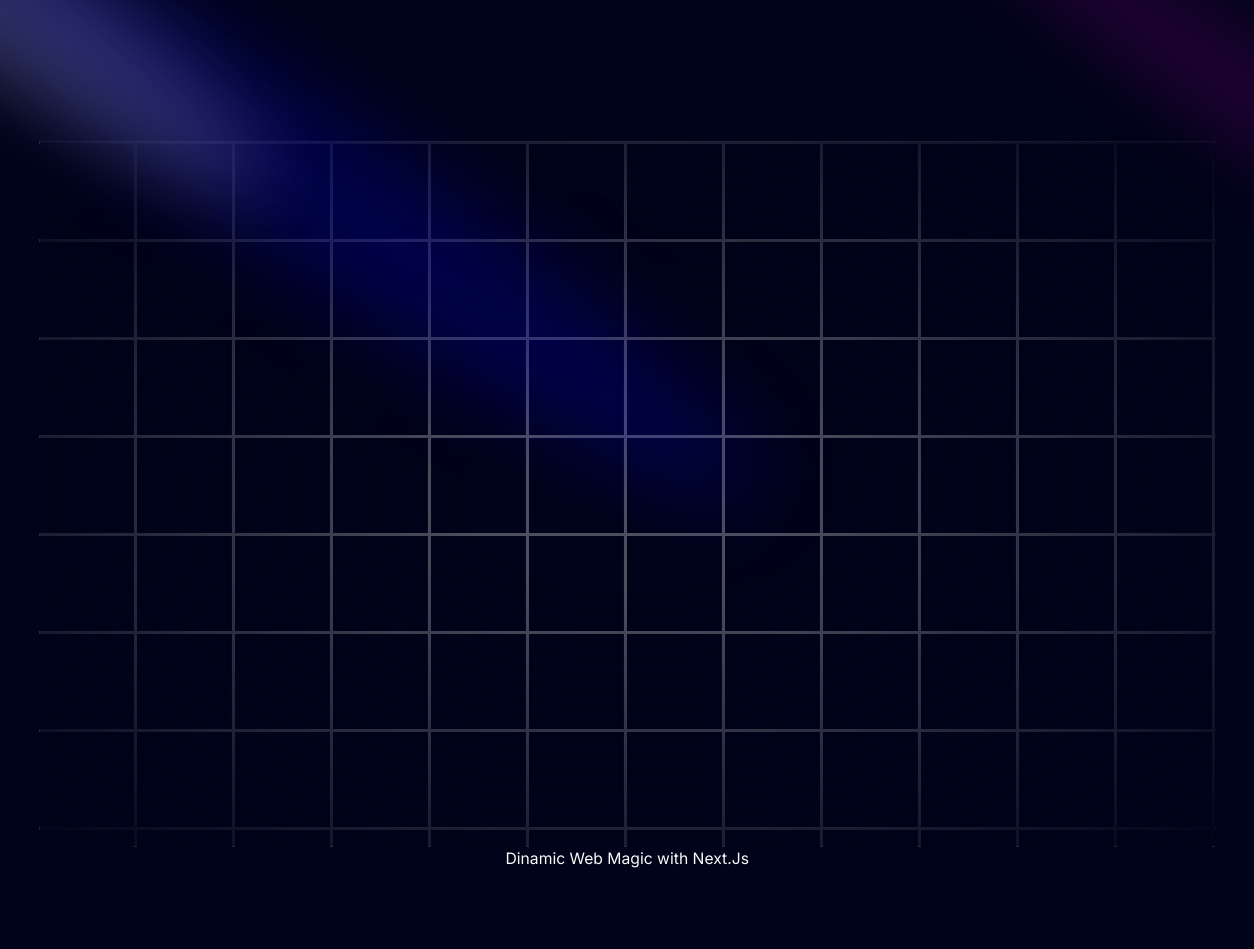
Repository: drsamame/portfolio.next
Page: /
The author's editor kept a copy of each file at every save. The page is drawn from the files as they stood at one save, then again after the next save.
The browser window is 1280 px wide. The pictures show the whole page, at 98% of full size.
The project was rebuilt for these pictures with package versions that can differ from the ones it lists, and the page was loaded fresh each time. The framework's server and built-in components were replaced by stand-ins that run in the browser. Also part of the build but not shown: next.config.mjs.

Above is the page before, as saved 2024-07-02 15:36:40.

After the next save:
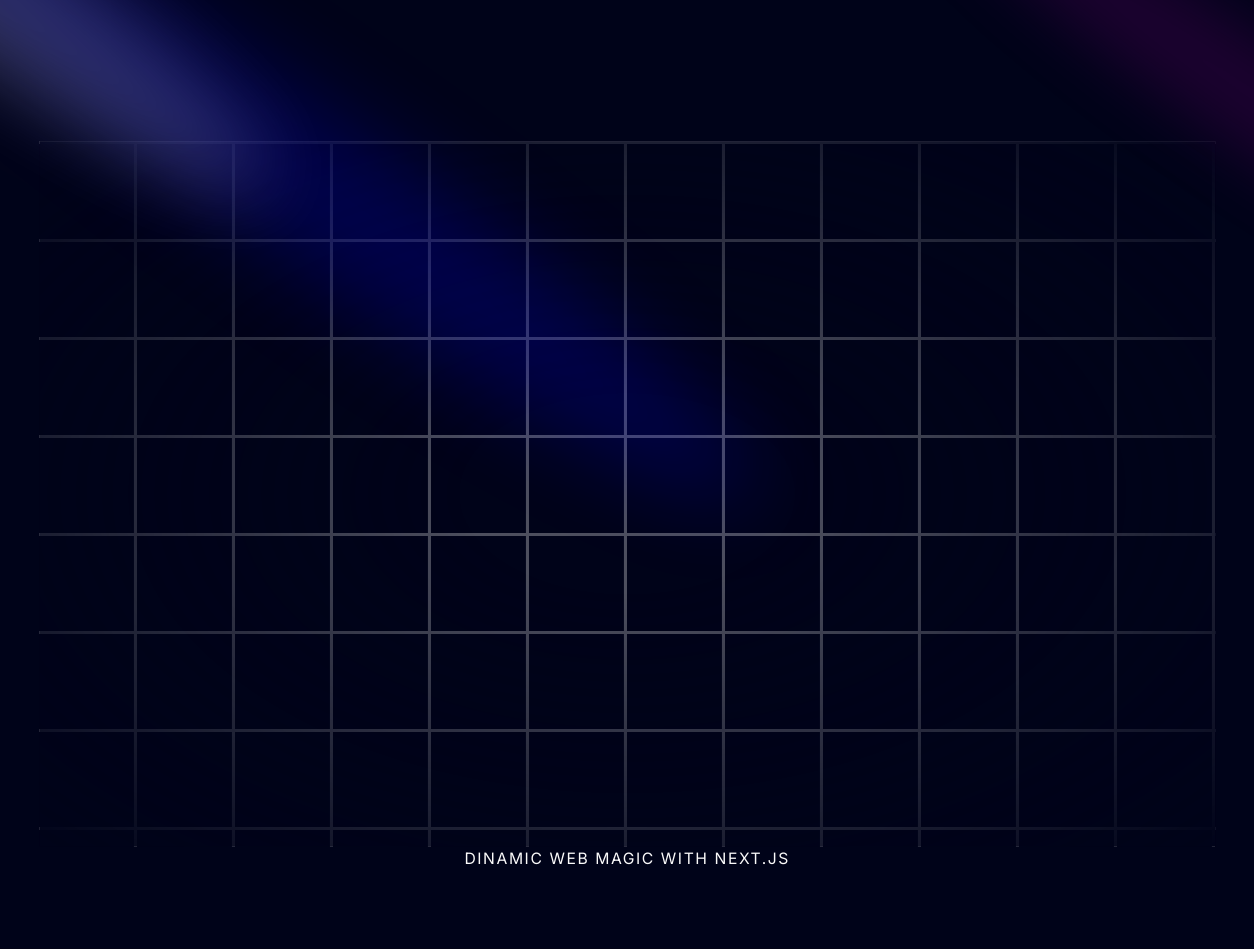
Saved 32 s later.
--- a/components/Hero.tsx
+++ b/components/Hero.tsx
@@ -21,7 +21,7 @@
 			</div>
 			<div className='flex justify-center'>
 				<div className='max-w-[89vw]'>
-					<h1>Dinamic Web Magic with Next.Js</h1>
+					<h2 className='uppercase tracking-widest'>Dinamic Web Magic with Next.Js</h2>
 				</div>
 			</div>
 		</div>
